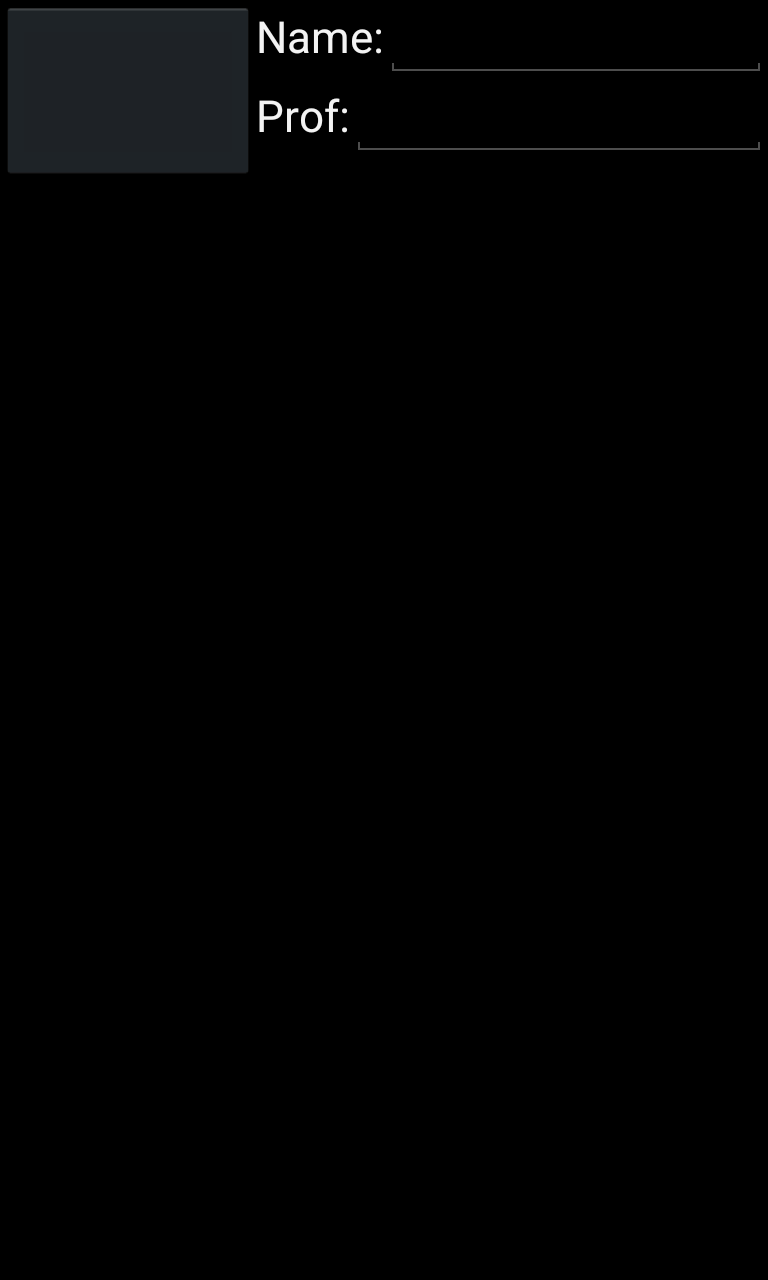
Repository: prayasjain/BunkMonitorApp
Layout: BunkMonitor/res/layout/subject_input.xml
An editor plug-in stored every save of this project. The layout is shown before and after the next save, followed by the edit.
It is drawn on a 768 x 1280 px phone screen (xhdpi) without system bars, with theme android:Theme.Holo; the app's code is not run.

Above is the layout before, as saved 2015-08-05 11:00:51.

### BunkMonitor/res/layout/subject_input.xml
<?xml version="1.0" encoding="utf-8"?>
<LinearLayout xmlns:android="http://schemas.android.com/apk/res/android"
    android:layout_width="match_parent"
    android:layout_height="match_parent"
    android:orientation="vertical" >

    <LinearLayout
        android:layout_width="match_parent"
        android:layout_height="wrap_content"
        android:orientation="horizontal"
        android:weightSum="3" >

        <Button
            android:id="@+id/bImage"
            android:layout_width="match_parent"
            android:layout_height="90dp"
            android:layout_weight="2" />

        <LinearLayout
            android:layout_width="match_parent"
            android:layout_height="match_parent"
            android:layout_weight="1"
            android:orientation="vertical"
            android:weightSum="2">

            <LinearLayout
                android:layout_width="match_parent"
                android:layout_height="wrap_content"
                android:orientation="horizontal" >

                <TextView
                    android:id="@+id/tvName"
                    android:layout_width="wrap_content"
                    android:layout_height="wrap_content"
                    android:text="Name:"
                    android:textAppearance="?android:attr/textAppearanceLarge" />

                <EditText
                    android:id="@+id/etName"
                    android:layout_width="match_parent"
                    android:layout_height="wrap_content" />
            </LinearLayout>

            <LinearLayout
                android:layout_width="match_parent"
                android:layout_height="wrap_content"
                android:orientation="horizontal" >

                <TextView
                    android:id="@+id/tvProf"
                    android:layout_width="wrap_content"
                    android:layout_height="wrap_content"
                    android:text="Prof:"
                    android:textAppearance="?android:attr/textAppearanceLarge" />

                <EditText
                    android:id="@+id/etProf"
                    android:layout_width="match_parent"
                    android:layout_height="wrap_content" />
            </LinearLayout>
        </LinearLayout>
    </LinearLayout>

</LinearLayout>

After the next save:
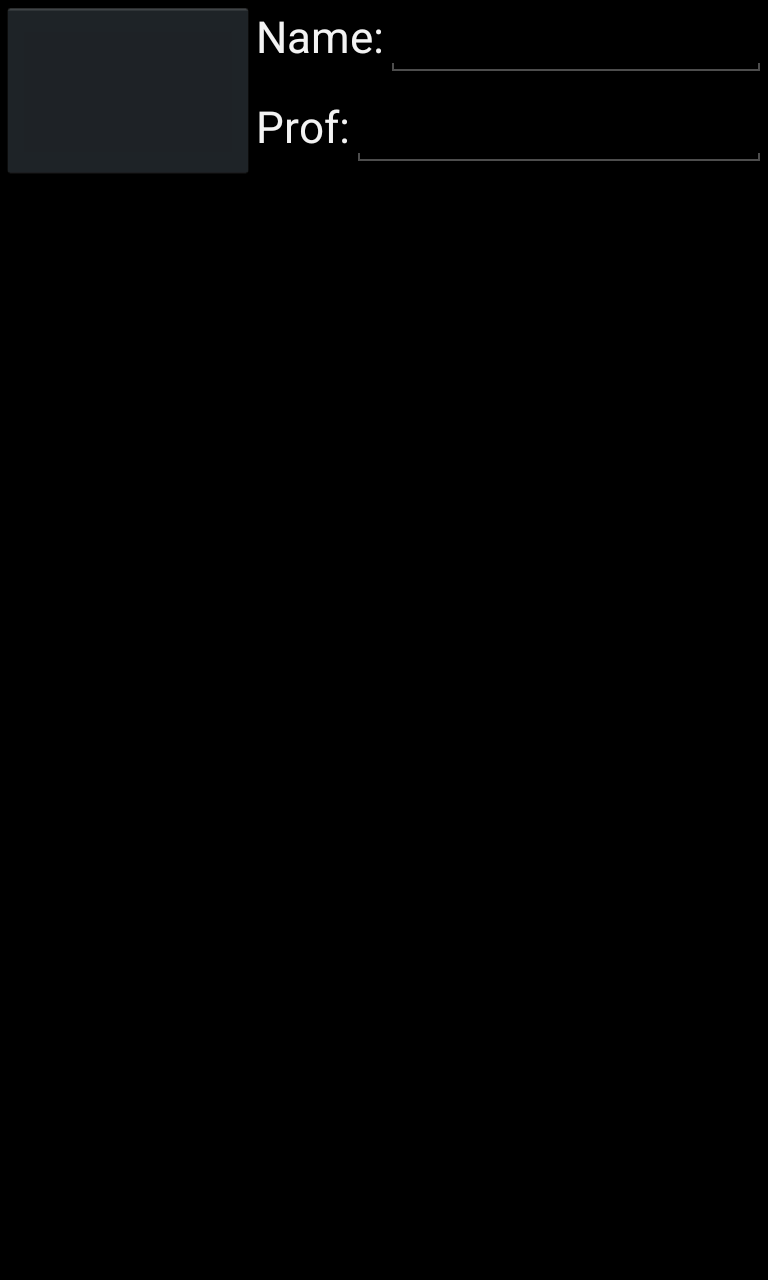
Saved 34 s later.
--- a/BunkMonitor/res/layout/subject_input.xml
+++ b/BunkMonitor/res/layout/subject_input.xml
@@ -25,7 +25,8 @@
 
             <LinearLayout
                 android:layout_width="match_parent"
-                android:layout_height="wrap_content"
+                android:layout_height="match_parent"
+                android:layout_weight="1"
                 android:orientation="horizontal" >
 
                 <TextView
@@ -43,8 +44,9 @@
 
             <LinearLayout
                 android:layout_width="match_parent"
-                android:layout_height="wrap_content"
-                android:orientation="horizontal" >
+                android:layout_height="match_parent"
+                android:orientation="horizontal"
+                android:layout_weight="1" >
 
                 <TextView
                     android:id="@+id/tvProf"
